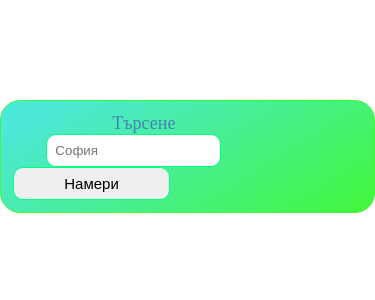
Repository: GeryZlatev/address-search
Page: /
The author's editor kept a copy of each file at every save. The page is drawn from the files as they stood at one save, then again after the next save.
The browser window is 375 px wide. The pictures show the whole page.
The project was rebuilt for these pictures with package versions that can differ from the ones it lists, and the page was loaded fresh each time.

Above is the page before, as saved 2021-04-09 20:33:39.

### public/index.html
<!DOCTYPE html>
<html lang="en">
  <head>
    <meta charset="utf-8" />
    <link rel="icon" href="%PUBLIC_URL%/favicon.ico" />
    <meta name="viewport" content="width=device-width, initial-scale=1" />
    <meta name="viewport" content="width=device-width, initial-scale=1.0">
    <meta name="theme-color" content="#000000" />
    <meta
      name="description"
      content="Web site created using create-react-app"
    />
    <link rel="apple-touch-icon" href="%PUBLIC_URL%/logo192.png" />
    <!--
      manifest.json provides metadata used when your web app is installed on a
      user's mobile device or desktop. See https://developers.google.com/web/fundamentals/web-app-manifest/
    -->
    <link rel="manifest" href="%PUBLIC_URL%/manifest.json" />
    <!--
      Notice the use of %PUBLIC_URL% in the tags above.
      It will be replaced with the URL of the `public` folder during the build.
      Only files inside the `public` folder can be referenced from the HTML.

      Unlike "/favicon.ico" or "favicon.ico", "%PUBLIC_URL%/favicon.ico" will
      work correctly both with client-side routing and a non-root public URL.
      Learn how to configure a non-root public URL by running `npm run build`.
    -->
    <title>React App</title>
  </head>
  <body>
    <noscript>You need to enable JavaScript to run this app.</noscript>
    <div id="root"></div>
    <!--
      This HTML file is a template.
      If you open it directly in the browser, you will see an empty page.

      You can add webfonts, meta tags, or analytics to this file.
      The build step will place the bundled scripts into the <body> tag.

      To begin the development, run `npm start` or `yarn start`.
      To create a production bundle, use `npm run build` or `yarn build`.
    -->
  </body>
</html>

### src/index.css
body {
margin: 100px auto;
}

code {
  font-family: source-code-pro, Menlo, Monaco, Consolas, 'Courier New',
    monospace;
}

### src/App.js

import './App.css';
import SearchBar from './components/SearchBar';

function App() {
  return (
    <div className="App">
      <SearchBar/>
    </div>
  );
}

export default App;

### src/components/SearchBar/SearchBar.js
import style from './SearchBar.module.css';

const SearchBar = () => {

    return (
        <div className={style["searchbar-wrapper"]}>
            <form className={style["search-form"]}>
                <label htmlFor="search">
                    Търсене
                </label>
                    <input
                    type="text"
                    autoComplete="true"
                    placeholder="София"
                    name="search"
                    id="search"
                    />

                <input
                    type="submit"
                    value="Намери"
                />
            </form>
        </div>
    )

}

export default SearchBar;

### src/components/SearchBar/SearchBar.module.css
.searchbar-wrapper {
    max-width: 80%;
    margin: 40px auto;
    padding: 12px;
    /* display: flex;
    justify-content: space-between; */
    background: rgb(66,247,59);
    background: linear-gradient(148deg, rgba(66,247,59,1) 10%, rgba(76,232,217,1) 99%);
    border: 1px solid #42f73b;
    border-radius: 20px;

}

.search-form {
    max-width: 100%;
}

.search-form label {
    min-width: 600px;
    margin: 20px;
    font-size: large;
    font-weight: 400;
    cursor: pointer;
    color: steelblue;

}

.search-form input[type="text"] {
    min-width: 30%;
    width: 60%;
    min-height: 7%;
    margin-right: 20px;
    padding: 8px;
    outline:springgreen;
    border: 1px solid springgreen;
    border-radius: 10px;
}

.search-form input[type="submit"] {
    font-size: 15px;
    font-weight: 100;
    padding: 7px 16px;
    border: 1px solid springgreen;
    border-radius: 10px;
    cursor: pointer;
}

@media only screen and (max-width:620px) {
    .searchbar-wrapper {
        max-width: 100%;
    background: rgb(66,247,59);
    background: linear-gradient(148deg, rgba(76,232,217,1) 10%, rgba(66,247,59,1) 99%);
    }

    .search-form {
    max-width: 75%;
    /* display: flex;
    justify-content: space-between;
    align-items: center; */
}

.search-form input[type="tesxt"] {
    width: 50%;
}

.search-form input[type="submit"]  {
    display: block;
    width: 60%;
}
}

Loaded but not shown: src/index.js (common file); src/reportWebVitals.js (common file); src/App.css (common file); src/components/SearchBar/index.js (common file)

After the next save:
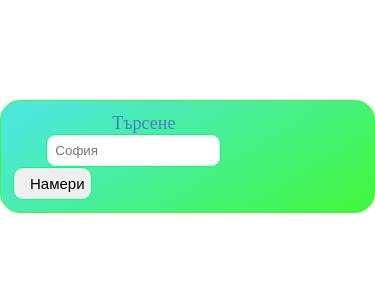
Saved 9 s later.
--- a/src/components/SearchBar/SearchBar.module.css
+++ b/src/components/SearchBar/SearchBar.module.css
@@ -65,6 +65,6 @@
 
 .search-form input[type="submit"]  {
     display: block;
-    width: 60%;
+    width: 30%;
 }
 }
